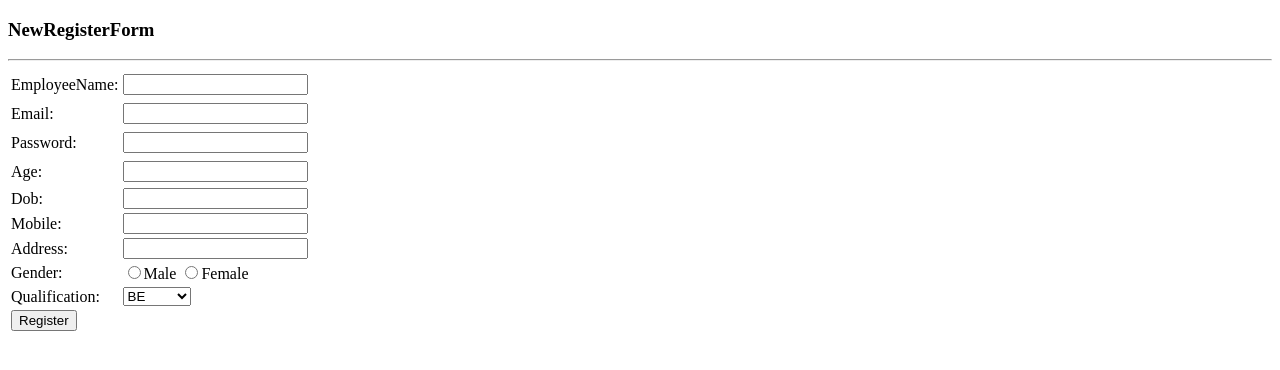
Repository: Karthi-Mano/AdvanceJavaPrograms
Page: http://localhost/CEBProject/registerform.jsp
These files come from the project's save history. The page is drawn as it stood at one moment and after the next save; the edit follows.
The browser window is 1280 px wide. The pictures show the whole page.
The page is served by Tomcat 9.

Above is the page before, as saved 2018-05-10 17:51:21.

After the next save:
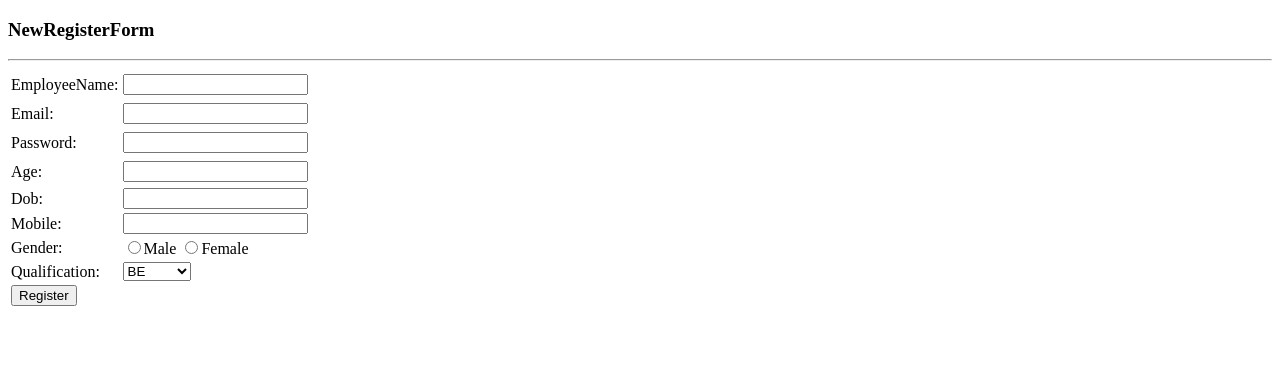
Saved 32 s later.
--- a/CEBProject/WebContent/registerform.jsp
+++ b/CEBProject/WebContent/registerform.jsp
@@ -80,7 +80,7 @@ function validate()
 <tr><td>Age:</td><td><input type="text" name="age" id="age" onblur="validate()"/></td><td><h6 id="div5"></h6></td></tr>
 <tr><td>Dob:</td><td><input type="text" name="dob"/></td></tr>
 <tr><td>Mobile:</td><td><input type="text" name="mobile"/></td></tr>
-<tr><td>Address:</td><td><input type="text" name="addr"/></td></tr>
+<!-- <tr><td>Address:</td><td><input type="text" name="addr"/></td></tr> -->
 <tr><td>Gender:</td><td><input type="radio" name="gen" value="male"/>Male
 <input type="radio" name="gen" value="female"/>Female
 </td></tr>
